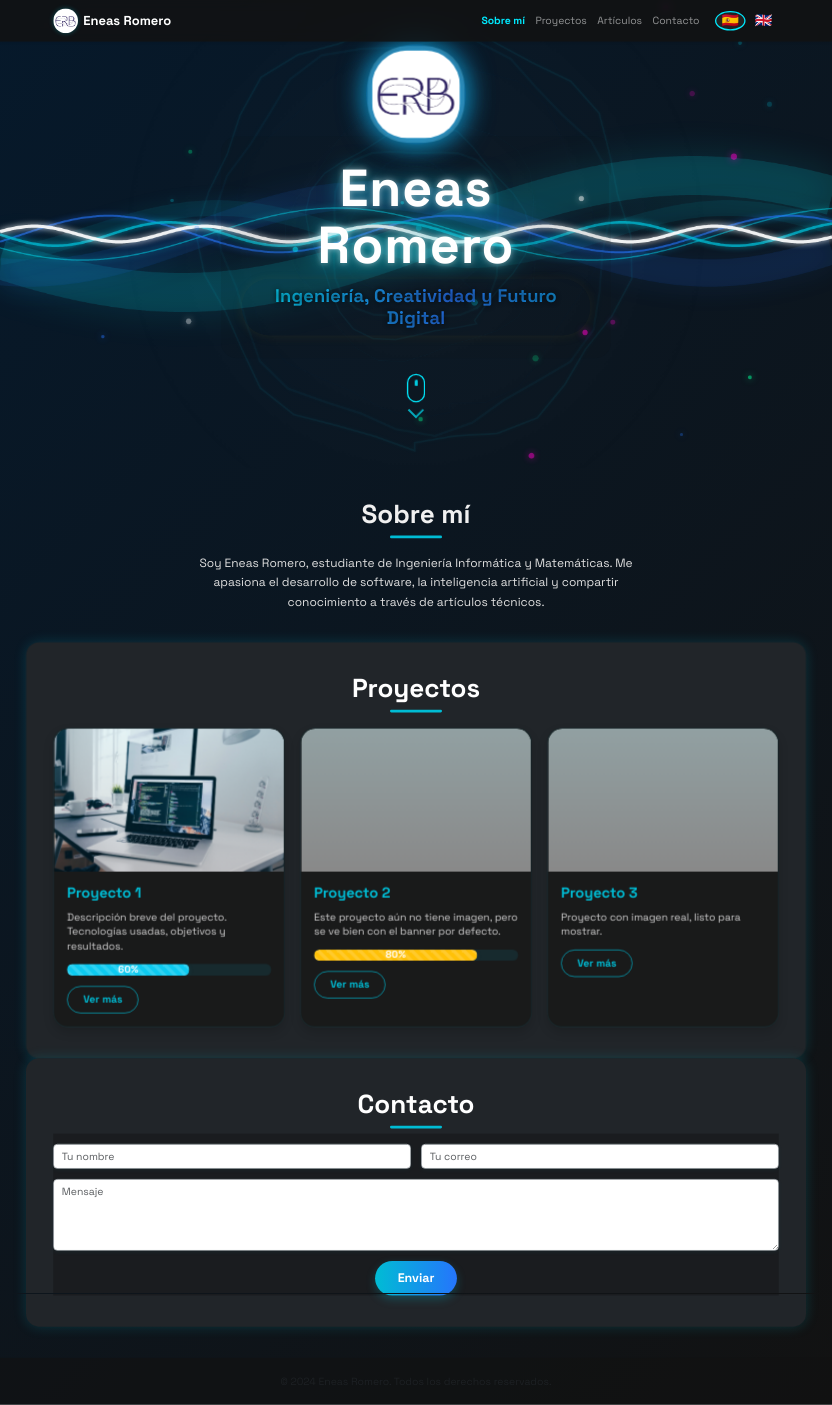
Repository: enerombar/enerombar.github.io
Page: index.html
The author's editor kept a copy of each file at every save. The page is drawn from the files as they stood at one save, then again after the next save.
The browser window is 1280 px wide. The pictures show the whole page, at 65% of full size.
Pictures or frames that could not be fetched are drawn as grey boxes. Some web libraries are served in a nearby version.

Above is the page before, as saved 2025-06-27 01:04:09.
Console error: SyntaxError: Identifier 'translations' has already been declared

After the next save:
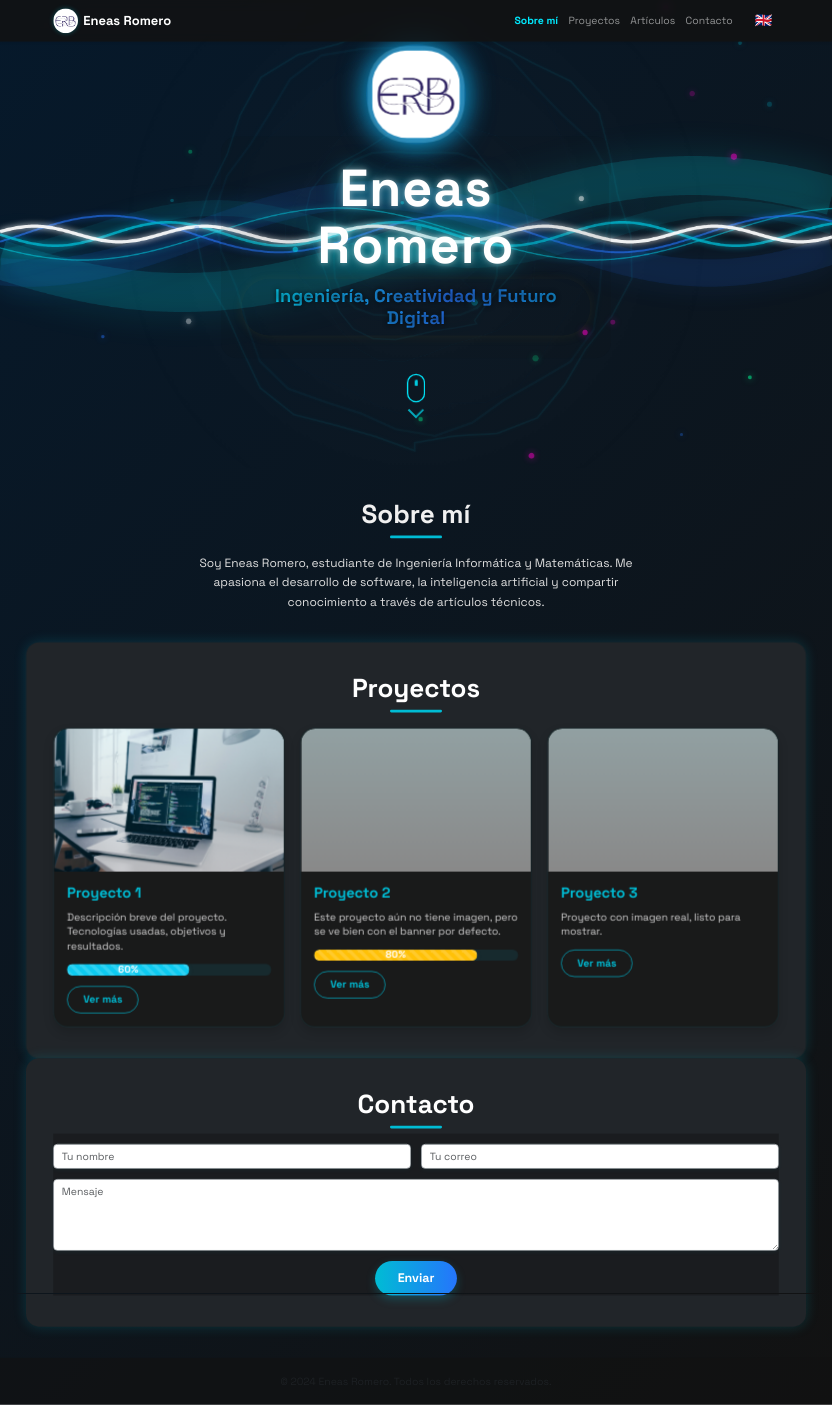
Saved 70 s later.
--- a/index.html
+++ b/index.html
@@ -57,10 +57,7 @@
             <a class="nav-link" href="#contact" data-key="navContact">Contacto</a>
           </li>
           <li class="nav-item ms-3">
-            <div id="langToggle" class="lang-toggle-btn d-flex align-items-center gap-1">
-              <button type="button" class="btn btn-flag btn-flag-es active" aria-label="Español">🇪🇸</button>
-              <button type="button" class="btn btn-flag btn-flag-en" aria-label="English">🇬🇧</button>
-            </div>
+            <button id="langToggle" class="btn btn-flag" aria-label="Cambiar idioma" style="font-size:1.35rem;">🇬🇧</button>
           </li>
         </ul>
       </div>
@@ -348,3 +345,6 @@
 </body>
 
 </html>
+</body>
+
+</html>
